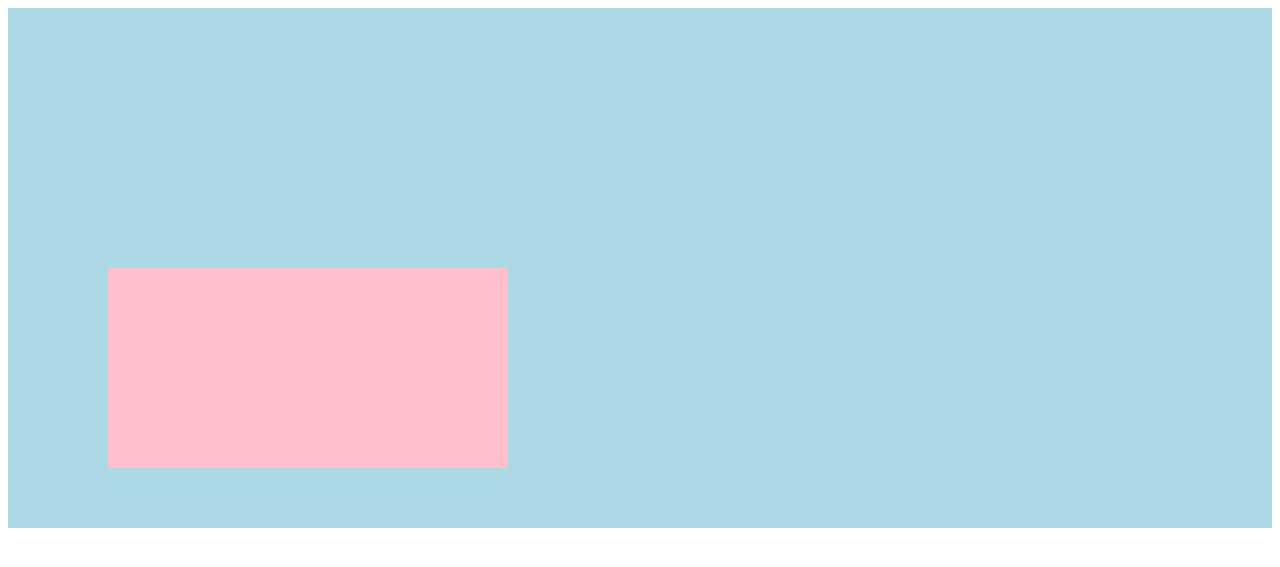
Repository: Codigo404q/html-css
Page: exercicios/ex022/fundo007.html
An editor plug-in stored every save of this project. The page is shown before and after the next save, followed by the edit.
The browser window is 1280 px wide. The pictures show the whole page.

Above is the page before, as saved 2024-01-06 21:44:11.

### exercicios/ex022/fundo007.html
<!DOCTYPE html>
<html lang="pt-br">
<head>
    <meta charset="UTF-8">
    <meta name="viewport" content="width=device-width, initial-scale=1.0">
    <title>Alinhamento Vertical</title>
    <style>
        #container {
            position: relative;
            height: 500px;
            padding: 10px;
            background-color: lightblue;
        }

        #conteudo {
            position: absolute;
            height: 200px;
            width: 400px;
            background-color: pink;


            left: 100px;
            top: 50%;
        }
    </style>
</head>
<body>
    <section id="container">
        <article id="conteudo">

        </article>
    </section>
</body>
</html>

After the next save:
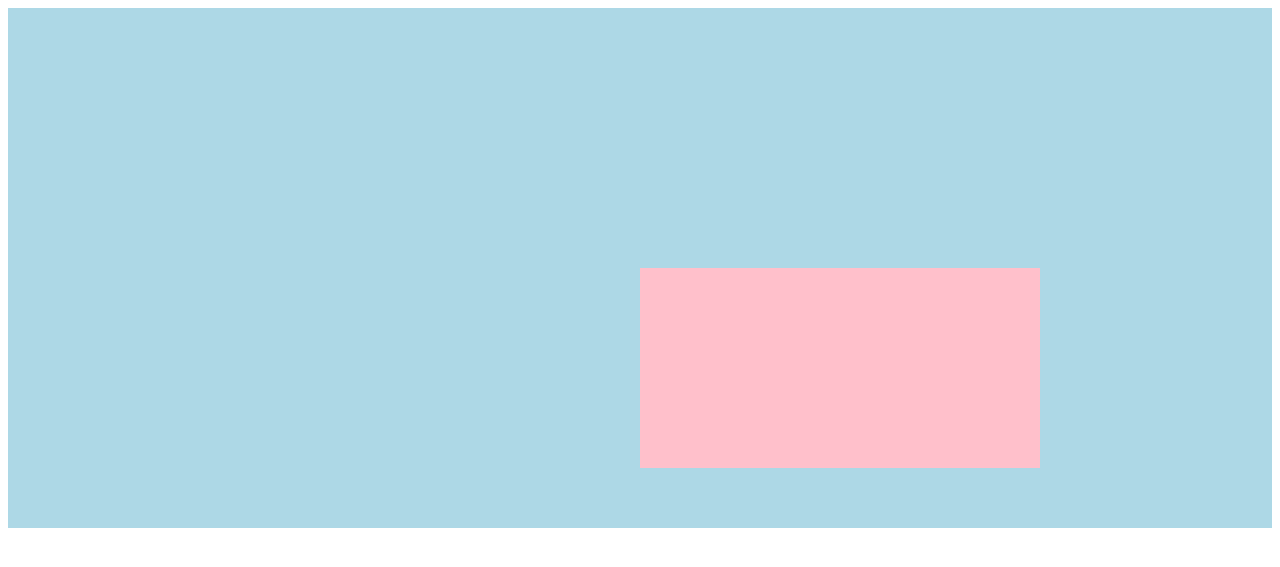
Saved 5 s later.
--- a/exercicios/ex022/fundo007.html
+++ b/exercicios/ex022/fundo007.html
@@ -19,7 +19,7 @@
             background-color: pink;
 
 
-            left: 100px;
+            left: 50%;
             top: 50%;
         }
     </style>
